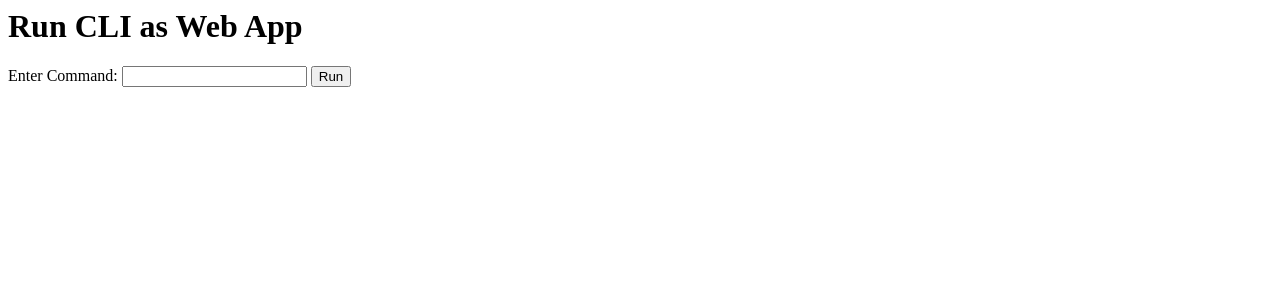
Repository: analysta-info/analysta-gpt-researcher
Page: http://localhost/
These files come from the project's save history. The page is drawn as it stood at one moment and after the next save; the edit follows.
The browser window is 1280 px wide. The pictures show the whole page.
The page is served by the project's application, run on Flask 3 (cli_web_app.py).

Above is the page before, as saved 2024-11-26 23:24:53.

After the next save:
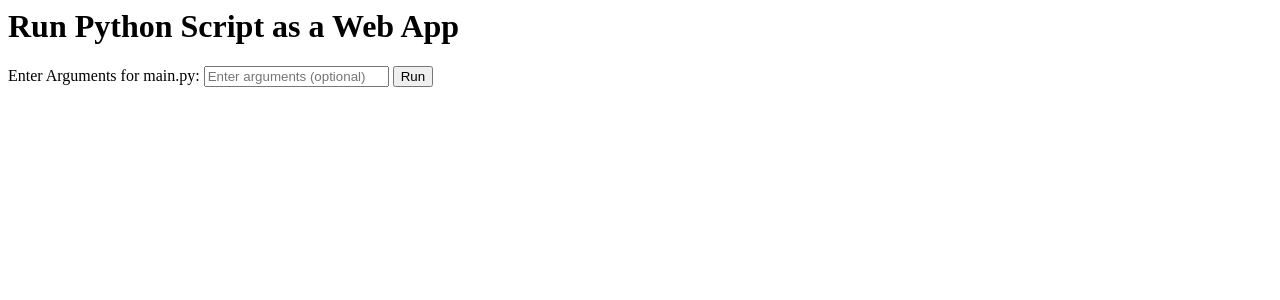
Saved 57 s later.
--- a/cli_web_app.py
+++ b/cli_web_app.py
@@ -6,22 +6,24 @@ app = Flask(__name__)
 @app.route('/')
 def home():
     return """
-    <h1>Run CLI as Web App</h1>
+    <h1>Run Python Script as a Web App</h1>
     <form action="/run" method="post">
-        <label for="command">Enter Command:</label>
-        <input type="text" id="command" name="command" required>
+        <label for="args">Enter Arguments for main.py:</label>
+        <input type="text" id="args" name="args" placeholder="Enter arguments (optional)">
         <button type="submit">Run</button>
     </form>
     """
 
 @app.route('/run', methods=['POST'])
-def run_command():
-    command = request.form.get('command')
-    if not command:
-        return jsonify({"error": "No command provided"}), 400
+def run_script():
+    # Get arguments for the script
+    args = request.form.get('args', '')
+
+    # Construct the command
+    command = f"python main.py {args}"
 
     try:
-        # Run the command and capture output
+        # Run the main.py script with the provided arguments
         result = subprocess.run(command, shell=True, text=True, stdout=subprocess.PIPE, stderr=subprocess.PIPE)
         response = {
             "command": command,
